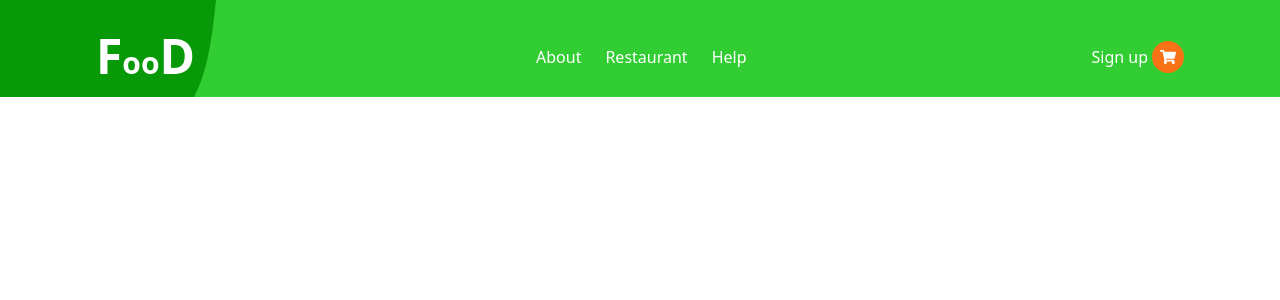
Repository: KhushiCode14/FoodWeb
Page: /category (app in frontend/)
These files come from the project's save history. The page is drawn as it stood at one moment and after the next save; the edit follows.
The browser window is 1280 px wide. The pictures show the whole page.
The project was rebuilt for these pictures with package versions that can differ from the ones it lists, and the page was loaded fresh each time. Also part of the build but not shown: frontend/src/Pages/Home.tsx, frontend/src/components/Home/SignUp.tsx, frontend/src/components/Home/SignIn.tsx, frontend/src/components/Home/Cart.tsx.

Above is the page before, as saved 2024-09-24 11:51:17.

### frontend/src/index.css
@tailwind base;
@tailwind components;
@tailwind utilities;

.bgBack{
  background-image: url(../src/components/images/background.svg);
}
.bgSignUp{
  background-image:url(../src/components/images/signUpBg.jpeg);
}
.SignUpShadow{
  box-shadow: rgba(0, 0, 0, 0.24) 0px 3px 8px;
}

### frontend/src/App.tsx
import { Route, BrowserRouter as Router, Routes, } from 'react-router-dom';
import './App.css';
import Navbar from './Pages/Navbar';
import Home from './Pages/Home';
import SignUp from './components/Home/SignUp';
import SignIn from './components/Home/SignIn';
import Cart from './components/Home/Cart';
import Category from './components/categories/Category';

function App() {
  return (
    <div className="App bgBack m-0 px-20 pt-2 max-sm:px-3 max-sm:pt-1">
      <Router>
        <Navbar />
        <Routes>
          <Route path="/" element={<Home />} />
          <Route path="/signUp" element={<SignUp />} />
          {/* Sign Up: This action is for new users who want to create an account. */}
          <Route path="/signIn" element={<SignIn />} />
          {/* Sign In: This action is for users who already have an account */}
          <Route path="/cart" element={<Cart />} />
         <Route  path="/category" element={<Category/>} />
          {/*<Route  path="/contact" element={Contact} /> */}
        </Routes>
        <Category/>
      </Router>

    </div>
  );
}

export default App;

### frontend/src/Pages/Navbar.tsx
import { NavLink, Link } from "react-router-dom";
import { FaShoppingCart, FaCartPlus } from "react-icons/fa";
import { useState } from "react";
import { IoReorderThreeOutline } from "react-icons/io5";

interface Nav {
  to: string;
  linkName: string;
}

const Navbar: React.FC = () => {
  const [sign, setSign] = useState<string>('Sign up');
  const [menu, setMenu] = useState<boolean>(false);
  const [cart, setCart] = useState<JSX.Element>(<FaShoppingCart />);

  const navLinks: Nav[] = [
    { to: "/about", linkName: "About" },
    { to: "/", linkName: "Restaurant" },
    { to: "/help", linkName: "Help" },
  ];

  const handleSignToggle = () => {
    setSign((prev) => (prev === 'Sign up' ? 'Sign in' : 'Sign up'));
  };

  const handleCartToggle = () => {
    setCart((prevCart) =>
      prevCart.type === FaShoppingCart ? <FaCartPlus /> : <FaShoppingCart />
    );
  };

  return (
    <div className="mt-2 flex justify-between items-center text-white  p-4">
      <div className="font-bold text-3xl">
        <Link to="/">
          <span className="text-5xl">F</span>oo<span className="text-5xl">D</span>
        </Link>
      </div>

      {/* Desktop Menu */}
      <div className="hidden md:flex">
        {navLinks.map((link, index) => (
          <Link key={index} to={link.to} className="mx-3 hover:text-gray-400">
            {link.linkName}
          </Link>
        ))}
      </div>

      {/* Mobile Menu Button */}
      <div className="flex items-center relative">
        <button className="hidden md:block">
          <NavLink to="/signUp" onClick={handleSignToggle} className="m-1">
            {sign}
          </NavLink>
        </button>

        <div onClick={handleCartToggle} className="bg-orange-500 p-2 rounded-full cursor-pointer">
         <Link to="/cart"> {cart}</Link>
        </div>

        <div className="md:hidden flex items-center ml-3">
          <IoReorderThreeOutline onClick={() => setMenu(!menu)} className="text-2xl cursor-pointer" />
        </div>
      </div>

      {/* Mobile Dropdown Menu */}
      {menu && (
        <div className="md:hidden mt-2 absolute right-0 w-40 bg-orange-500  p-2 rounded-lg z-10 top-20">
          <ul className="flex flex-col">
            {navLinks.map((link, index) => (
              <li key={index} className="my-1">
                <Link to={link.to} className="block px-4 py-2 text-white text-1xl  hover:bg-orange-800 rounded">
                  {link.linkName}
                </Link>
              </li>
            ))}
          </ul>
        </div>
      )}
    </div>
  );
};

export default Navbar;

### frontend/src/components/categories/Category.tsx
import React from 'react'

const Category = () => {
  return (
    <div className='flex flex-row'>
      <div></div>
      <div></div>
      <div></div>
    </div>
  )
}

export default Category

### frontend/tailwind.config.js
/** @type {import('tailwindcss').Config} */
module.exports = {
  content: [
    "./src/**/*.{js,jsx,ts,tsx}",
  ],
  theme: {
    extend: {
      fontFamily: {
        'cursive': ['Pacifico', 'cursive']
      }
    },
  },
  plugins: [],
}

Loaded but not shown: frontend/public/index.html (common file); frontend/src/index.tsx (common file); frontend/src/reportWebVitals.ts (common file); frontend/src/App.css (no stored copy; drawn as an empty file)

After the next save:
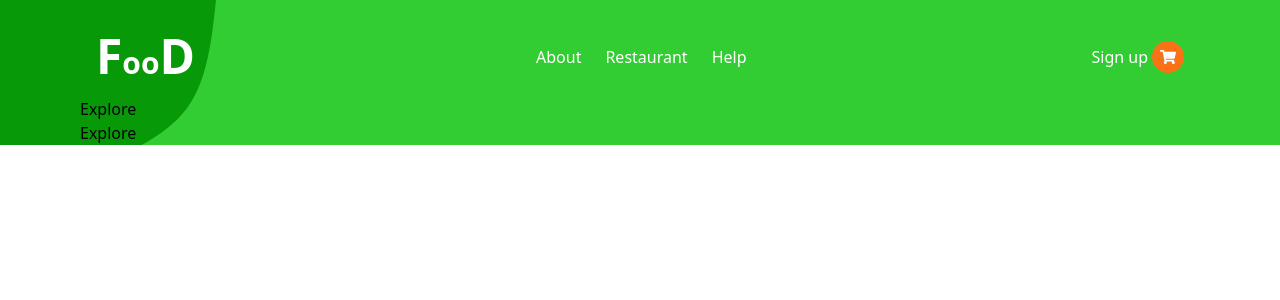
Saved 9 s later.
--- a/frontend/src/components/categories/Category.tsx
+++ b/frontend/src/components/categories/Category.tsx
@@ -3,7 +3,7 @@ import React from 'react'
 const Category = () => {
   return (
     <div className='flex flex-row'>
-      <div></div>
+      <div><button>Explore</button></div>
       <div></div>
       <div></div>
     </div>
